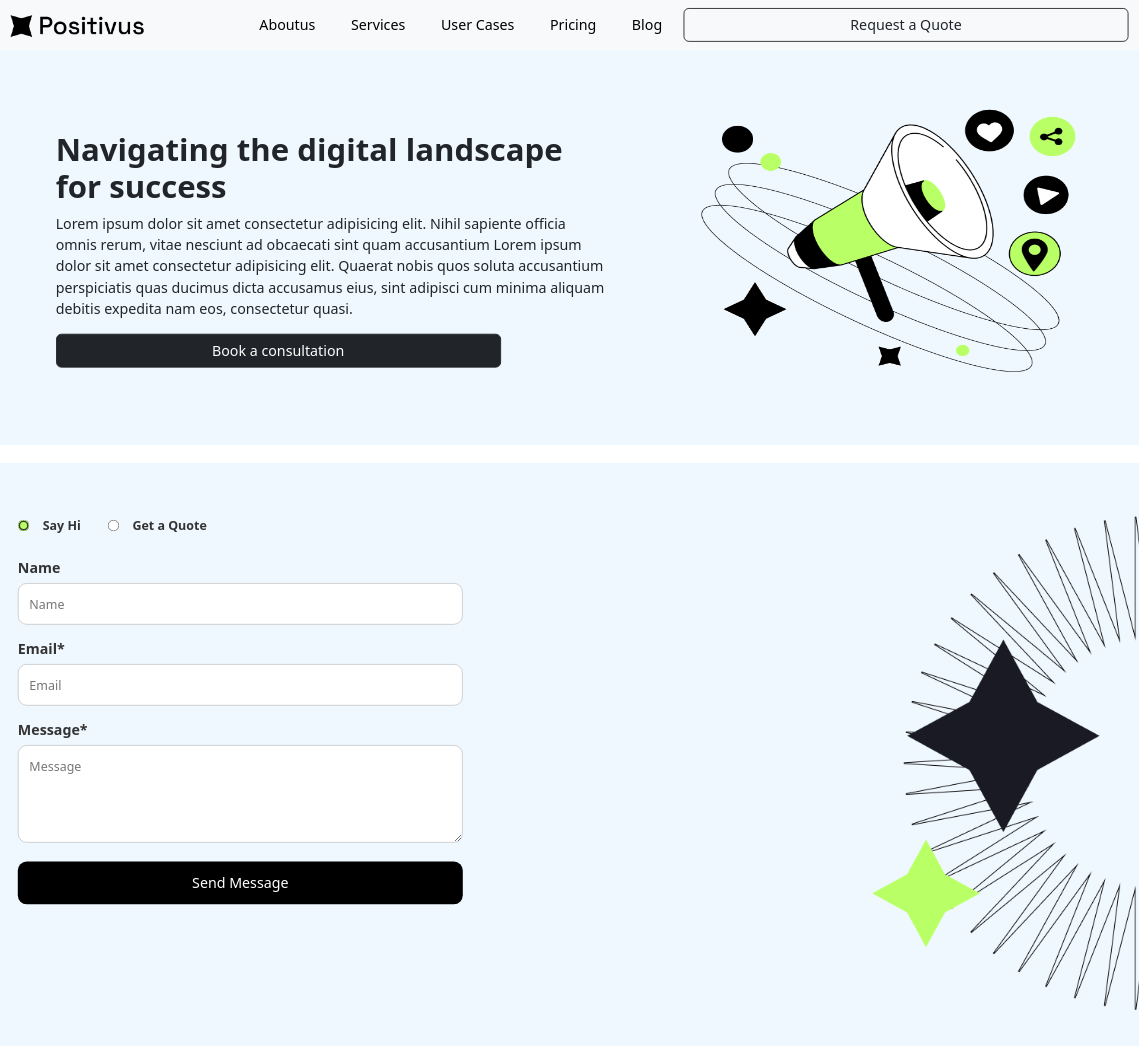
Repository: inshaabbas/CSS-Hackathon-SMIT
Page: index.html
An editor plug-in stored every save of this project. The page is shown before and after a run of saves, followed by the edit.
The browser window is 1280 px wide. The pictures show the whole page, at 89% of full size.

Above is the page before, as saved 2025-06-25 10:15:08.

### index.html
<!DOCTYPE html>
<html lang="en">
<head>
    <meta charset="UTF-8">
    <meta name="viewport" content="width=device-width, initial-scale=1.0">
    <title>CSS Hackathon</title>
    <!-- Bootstrap CDN -->
     <link href="https://cdn.jsdelivr.net/npm/bootstrap@5.3.7/dist/css/bootstrap.min.css" rel="stylesheet" integrity="sha384-LN+7fdVzj6u52u30Kp6M/trliBMCMKTyK833zpbD+pXdCLuTusPj697FH4R/5mcr" crossorigin="anonymous">
    <!-- Font Awesome CDN -->
     <link rel="stylesheet" href="https://cdnjs.cloudflare.com/ajax/libs/font-awesome/6.7.2/css/all.min.css" integrity="sha512-Evv84Mr4kqVGRNSgIGL/F/aIDqQb7xQ2vcrdIwxfjThSH8CSR7PBEakCr51Ck+w+/U6swU2Im1vVX0SVk9ABhg==" crossorigin="anonymous" referrerpolicy="no-referrer"/>
    <!-- External Style Sheet -->
     <link rel="stylesheet" href="./style.css">
</head>
<body>
    <!-- Header Section Starts -->
    <header class="container-xxl">
      <div class="fixed-top">
         <nav class="navbar navbar-expand-lg bg-body-tertiary">
  <div class="container-fluid">
    <a class="navbar-brand" href="#"><img src="./Assets/logo.png" alt="Logo" width="150px"></a>
    <button class="navbar-toggler" type="button" data-bs-toggle="collapse" data-bs-target="#navbarSupportedContent" aria-controls="navbarSupportedContent" aria-expanded="false" aria-label="Toggle navigation">
      <span class="navbar-toggler-icon"></span>
    </button>
    <div class="collapse navbar-collapse" id="navbarSupportedContent">
      <ul class="navbar-nav ms-auto me-3 gap-4 mb-2 mb-lg-0">
        <li class="nav-item">
          <a class="nav-link active" aria-current="page" href="#">Aboutus</a>
        </li>
        <li class="nav-item">
          <a class="nav-link active" href="#">Services</a>
        </li>
        <li class="nav-item">
          <a class="nav-link active" aria-disabled="true">User Cases</a>
        </li>
        <li class="nav-item">
          <a class="nav-link active" aria-current="page" href="#">Pricing</a>
        </li>
        <li class="nav-item">
          <a class="nav-link active" aria-current="page" href="#">Blog</a>
        </li>
      </ul>
        <button class="btn btn-outline-dark" type="submit">Request a Quote</button>
      </form>
    </div>
  </div>
</nav>
      </div>
    </header>
    <!-- Header Section Ends -->

    <!-- Hero Section Starts -->
     <section class="hero-sec container-xxl">
        <div class="hero-text">
            <h2>Navigating the digital landscape for success</h2>
            <p>Lorem ipsum dolor sit amet consectetur adipisicing elit. Nihil sapiente officia omnis rerum, vitae nesciunt ad obcaecati sint quam accusantium Lorem ipsum dolor sit amet consectetur adipisicing elit. Quaerat nobis quos soluta accusantium perspiciatis quas ducimus dicta accusamus eius, sint adipisci cum minima aliquam debitis expedita nam eos, consectetur quasi.</p>
            <button type="button" class="btn btn-dark">Book a consultation</button>
        </div>
        <div class="hero-img">
            <img src="./Assets/hero-sec-img.png" alt="Hero Section Img" width="450px" height="330px">
        </div>
     </section>
    <!-- Hero Section Ends -->

     <!-- Contact section Starts -->
     <section class="contact-section">
      <div class="contact-form">
        <form>
          <!-- Radio Buttons -->
          <div class="radio-group">
            <label><input type="radio" name="purpose" checked>Say Hi</label>
            <label><input type="radio" name="purpose"> Get a Quote</label>
          </div>

          <!-- Name -->
          <div class="form-group">
            <label for="name">Name</label>
            <input type="text" id="name" name="name" placeholder="Name" required>
          </div>

          <!-- Email -->
          <div class="form-group">
            <label for="email">Email*</label>
            <input type="email" id="email" name="email" placeholder="Email" required>
          </div>

          <!-- Message -->
          <div class="form-group">
            <label for="message">Message*</label>
            <textarea id="message" name="message" placeholder="Message" rows="4" required></textarea>
          </div>

          <!-- Button -->
          <button type="submit">Send Message</button>
        </form>
       </div>
      <div class="contact-image">
        <img src="./Assets/Contact-img.png" alt="Contact img" width="400px">
      </div>
     </section>







<script src="https://cdn.jsdelivr.net/npm/@popperjs/core@2.11.8/dist/umd/popper.min.js" integrity="sha384-I7E8VVD/ismYTF4hNIPjVp/Zjvgyol6VFvRkX/vR+Vc4jQkC+hVqc2pM8ODewa9r" crossorigin="anonymous"></script>
<script src="https://cdn.jsdelivr.net/npm/bootstrap@5.3.7/dist/js/bootstrap.min.js" integrity="sha384-7qAoOXltbVP82dhxHAUje59V5r2YsVfBafyUDxEdApLPmcdhBPg1DKg1ERo0BZlK" crossorigin="anonymous"></script>
</body>
</html>

### style.css
.hover-img{
    transition: transform 0.3s ease;
}

.hover-img:hover{
    transform: scale(1.1);
}

.hero-sec{
    display: flex;
    justify-content: space-around;
    align-items: center;
    padding: 20px;
    height: 500px;
    background-color: aliceblue;
    padding-top: 80px;
}

.hero-text{
    width: 50%;
}

.hero-text h2{
    font-size: 35px;
    font-weight: bold;
}

@media screen and (max-width: 1010px) {
    .hero-img img{
        width: 350px;
        height: 300px;
    }
    .hero-sec{
        height: auto;
    }
}

@media screen and (max-width: 800px){
    .hero-sec{
        flex-direction: column;
        gap: 50px;
    }

    .hero-text{
    width: 100%;
}
}

/* Hero Section End */

/* Contact Section Starts */

.contact-section{
    display: flex;
    justify-content: space-between;
    /* height: 400px; */
    height: auto;
    background-color: aliceblue;
    margin-top: 20px;
    padding: 60px 0px 40px 20px
}

.contact-form{
    width: 100%;
}

.radio-group {
  display: flex;
  gap: 30px;
  margin-bottom: 20px;
  font-size: 14px;
}

.radio-group label{
  display: flex;
  align-items: center;
  gap: 15px;
  font-size: 14px;
  color: #333;
  cursor: pointer;
  /* width: 100px; */
  white-space: nowrap
}


input[type="radio"] {
  accent-color: #b9ff66;
}

.form-group {
  margin-bottom: 15px;
}

label {
  display: block;
  margin-bottom: 5px;
  font-weight: bold;
  color: #333;
}

input,
textarea {
  width: 100%;
  max-width: 500px;
  padding: 12px;
  font-size: 14px;
  border: 1px solid #ccc;
  border-radius: 10px;
  box-sizing: border-box;
}

button {
  background-color: #000;
  color: #fff;
  border: none;
  padding: 12px;
  width: 100%;
  max-width: 500px;
  border-radius: 10px;
  font-size: 16px;
  cursor: pointer;
  transition: background-color 0.3s;
}

button:hover {
  background-color: #333;
}

.contact-image {
  flex: 1;
  text-align: right; /* aligns image to the right inside the div */
  min-width: 300px;
  overflow-x: hidden;
}

After the next 2 saves:
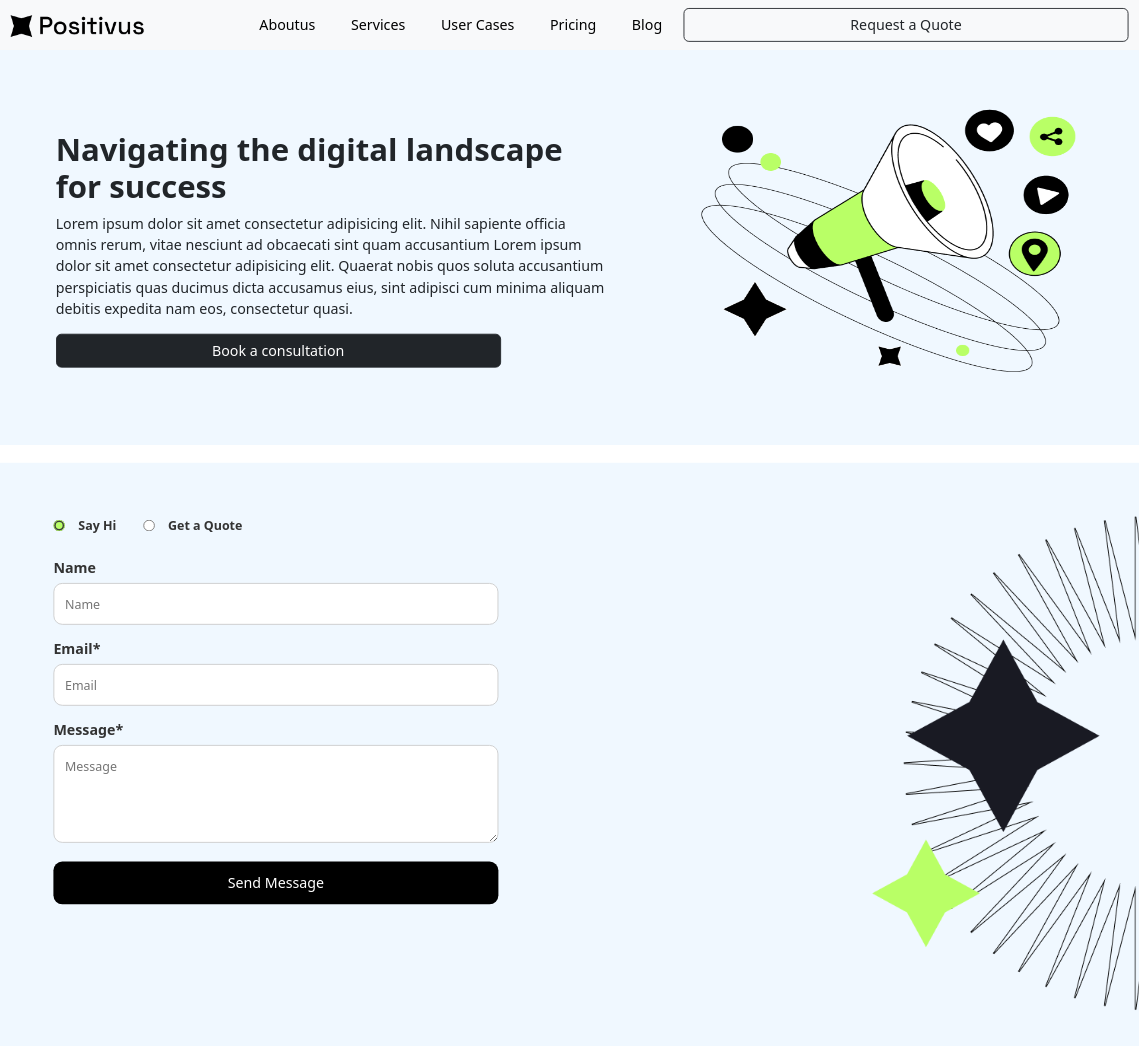
The 2 saves are shown as one change because they came seconds apart.
The last was saved 34 s later.
--- a/style.css
+++ b/style.css
@@ -62,6 +62,7 @@
 
 .contact-form{
     width: 100%;
+    margin-left: 40px;
 }
 
 .radio-group {
